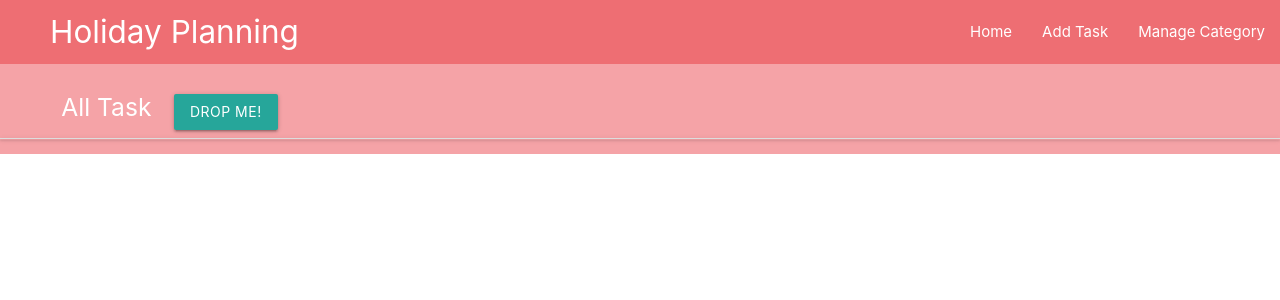
Repository: Code-Institute-Submissions/Project3-Holiday_Planning
Page: http://localhost/
The author's editor kept a record of every edit. The page is drawn from the files as they stood at one moment, then again after the next edit.
The browser window is 1280 px wide. The pictures show the whole page.
Some web libraries are served in a nearby version. The page is served by the project's application, run on Flask 3 (app.py). Queries for data that is not in the repository find no rows.

Above is the page before.

After the next edit:
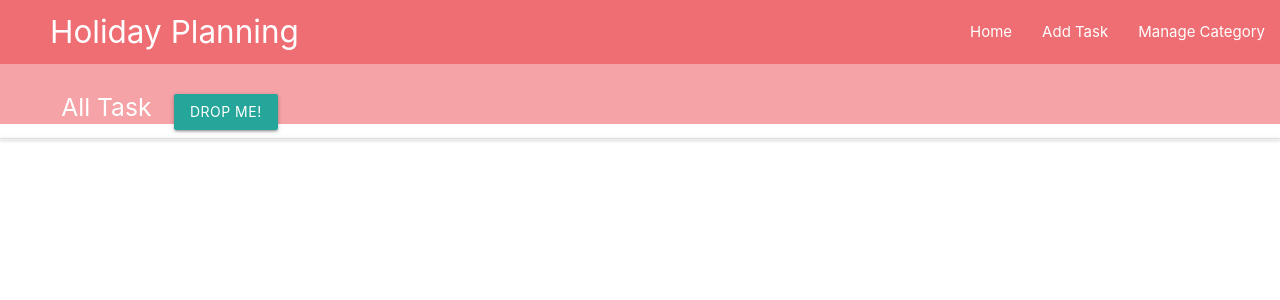
The edit:
--- a/static/css/style.css
+++ b/static/css/style.css
@@ -13,7 +13,7 @@
     vertical-align: baseline;
     padding-top: 30px;
     margin-bottom: 0px;
-    padding-bottom: 60px;
+    padding-bottom: 30px;
 }
 
 
